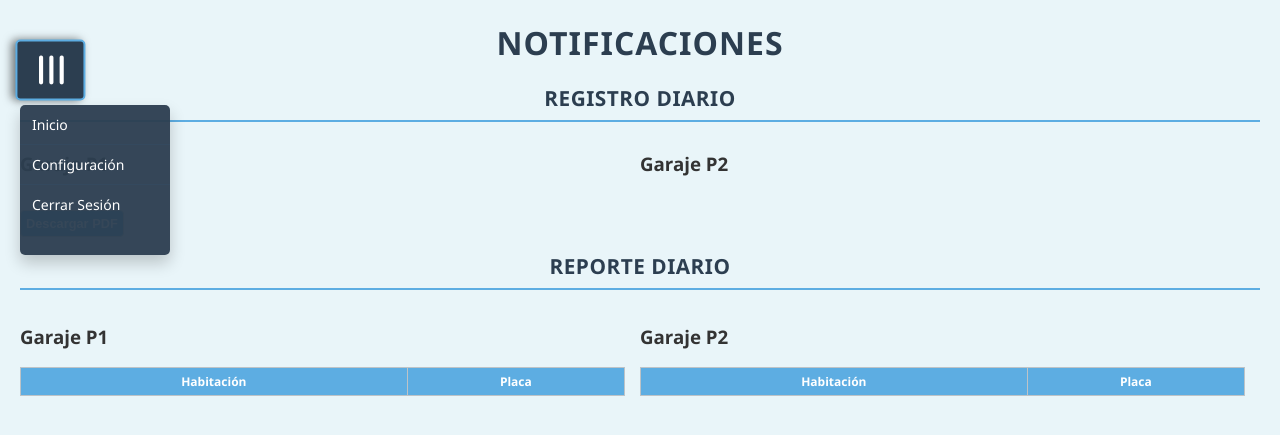
Repository: EddyWebz/base-datos
Page: privado/report.html
The author's editor kept a copy of each file at every save. The page is drawn from the files as they stood at one save, then again after the next save.
The browser window is 1280 px wide. The pictures show the whole page.
After loading, the first visible `button.menu-icon` was clicked once.
The page's requests for data from a server got no answer.

Above is the page before, as saved 2024-08-29 17:04:35.

### privado/report.html
<!DOCTYPE html>
<html lang="es">
<head>
    <meta charset="UTF-8">
    <meta name="viewport" content="width=device-width, initial-scale=1, maximum-scale=1, user-scalable=no"> <!-- Desactiva el zoom -->
    <title>Notificaciones y Reportes de Vehículos</title>
    <!-- Vinculación al archivo CSS de notificaciones -->
    <link rel="apple-touch-icon" sizes="180x180" href="/ico.rep/apple-touch-icon.png">
    <link rel="icon" type="image/png" sizes="32x32" href="/ico.rep/favicon-32x32.png">
    <link rel="icon" type="image/png" sizes="16x16" href="/ico.rep/favicon-16x16.png">
    <link rel="manifest" href="/ico.rep/site.webmanifest">
    <link rel="stylesheet" href="/notif.css">
    <!-- Iconos de Font Awesome -->
    <link rel="stylesheet" href="https://cdnjs.cloudflare.com/ajax/libs/font-awesome/6.0.0-beta3/css/all.min.css">
    <script src="https://cdnjs.cloudflare.com/ajax/libs/html2pdf.js/0.9.2/html2pdf.bundle.min.js"></script>
</head>
<body>
    <!-- Menú desplegable -->
    <div class="dropdown-menu">
        <button class="menu-icon">
            <i class="fas fa-bars"></i> <!-- Ícono de Font Awesome -->
        </button>
        <div class="dropdown-content">
            <a href="#" id="home-link">Inicio</a>
            <a href="#" id="home-link">Configuración</a>
            <a href="#" id="logout-button">Cerrar Sesión</a>
        </div>
    </div>

    <!-- Encabezado de la página -->
    <header>
        <h1>Notificaciones</h1>
    </header>

    <!-- Sección de Notificaciones Activas -->
    <section id="notificaciones">
        <h2>Registro Diario</h2>
        <div class="notificaciones-garajes">
            <div class="garaje">
                <h3>Garaje P1</h3>
                <div id="notificaciones-contenedor-P1" class="notificaciones-contenedor">
                    <!-- Las notificaciones dinámicas de P1 se insertarán aquí -->
                </div>
            </div>
            <div class="garaje">
                <h3>Garaje P2</h3>
                <div id="notificaciones-contenedor-P2" class="notificaciones-contenedor">
                    <!-- Las notificaciones dinámicas de P2 se insertarán aquí -->
                </div>
            </div>
        </div>
    </section>

    <!-- Sección de Reportes -->
    <form id="form-reporte">
        <!-- Botón de Imprimir -->
        <button type="button" id="btn-imprimir">Descargar PDF</button>
    </form>
    <h2>Reporte Diario</h2>

    <div class="reportes-garajes" id="Imprimir">
        <div class="garaje">
            <h3>Garaje P1</h3>
            <table id="tabla-reporte-P1" class="compact-table">
                <thead>
                    <tr>
                        <th>Habitación</th>
                        <th>Placa</th>
                    </tr>
                </thead>
                <tbody>
                    <!-- Las filas de datos se insertarán dinámicamente aquí -->
                </tbody>
            </table>
        </div>

        <div class="garaje">
            <h3>Garaje P2</h3>
            <table id="tabla-reporte-P2" class="compact-table">
                <thead>
                    <tr>
                        <th>Habitación</th>
                        <th>Placa</th>
                    </tr>
                </thead>
                <tbody>
                    <!-- Las filas de datos se insertarán dinámicamente aquí -->
                </tbody>
            </table>
        </div>
    </div>

    <!-- Vinculación al archivo JavaScript de notificaciones y reportes -->
    <script src="/report.js"></script>
</body>
</html>

### BASE-2/notif.css
/* Estilos Generales */
body {
    font-family: 'Segoe UI', Tahoma, Geneva, Verdana, sans-serif;
    background-color: #e9f5f9; /* Un fondo azul claro suave */
    color: #333;
    margin: 20px;
    padding: 0;
    box-sizing: border-box;
}

/* Encabezado */
header h1 {
    text-align: center;
    color: #2c3e50;
    font-size: 2em;
    margin-bottom: 20px;
    text-transform: uppercase;
    letter-spacing: 1px;
    animation: fadeIn 1s ease-in-out;
}

/* Estilo unificado para h2 */
h2 {
    color: #2c3e50; /* Un color azul oscuro */
    font-size: 1.3em; /* Tamaño de fuente ajustado */
    font-weight: bold;
    text-align: center; /* Centrar los títulos */
    margin-top: 15px;
    margin-bottom: 15px;
    padding-bottom: 8px;
    border-bottom: 2px solid #5dade2; /* Añadir un borde inferior para separar visualmente */
    letter-spacing: 0.5px;
    text-transform: uppercase; /* Convertir a mayúsculas para consistencia */
    animation: fadeIn 1s ease-in-out;
}

/* Sección de Notificaciones */
#notificaciones h2 {
    margin-bottom: 10px;
    animation: fadeIn 1s ease-in-out;
}

.notificaciones-garajes {
    display: flex;
    justify-content: space-between; /* Permite que los contenedores de garaje ocupen todo el ancho */
}

.garaje {
    flex: 1;
    margin-right: 15px; /* Reducir espacio entre columnas de garajes */
}

.notificaciones-contenedor {
    display: flex;
    flex-direction: column;
    gap: 3px; /* Reducir el espacio entre notificaciones */
    animation: slideInUp 0.5s ease-in-out;
}

.notificacion {
    background-color: #ffffff;
    border-left: 3px solid #5dade2; /* Azul suave para el borde */
    padding: 3px; /* Reducir padding interno */
    box-shadow: 0 2px 4px rgba(0, 0, 0, 0.1);
    border-radius: 4px;
    width: 100%;  /* Ocupa todo el ancho disponible */
    transition: transform 0.3s ease, box-shadow 0.3s ease;
    cursor: pointer;
    font-size: 0.9em; /* Reducir tamaño de la fuente */
}

.notificacion:hover {
    transform: translateY(-2px);
    box-shadow: 0 4px 6px rgba(0, 0, 0, 0.15);
}

/* Botón Descargar PDF */
button {
    padding: 8px 16px; /* Reducir tamaño del botón */
    background-color: #3498db;
    border: none;
    border-radius: 5px;
    color: white;
    font-weight: bold;
    cursor: pointer;
    transition: background-color 0.3s ease;
    margin-top: 15px; /* Agregar margen superior para separarlo del contenido */
}

button:hover {
    background-color: #2980b9;
}

/* Sección de Reportes */
#reportes h2 {
    margin-bottom: 10px;
    animation: fadeIn 1s ease-in-out;
}

#form-reporte {
    display: flex;
    flex-wrap: wrap;
    gap: 10px;
    margin-bottom: 10px;
}

#form-reporte input, #form-reporte button {
    padding: 5px;
    border-radius: 4px;
    border: 1px solid #bdc3c7;
    font-size: 0.8em;
}

#form-reporte button {
    background-color: #3498db; /* Azul suave para el botón */
    color: #ffffff;
    cursor: pointer;
    transition: background-color 0.3s ease, transform 0.3s ease;
}

#form-reporte button:hover {
    background-color: #2980b9; /* Azul más oscuro al pasar el ratón */
    transform: translateY(-2px);
}

/* Tablas de Reportes */
.reportes-garajes {
    display: flex;
    justify-content: space-between; /* Permite que las tablas de garaje ocupen todo el ancho */
}

.compact-table {
    width: 100%;
    border-collapse: collapse;
    margin-bottom: 15px; /* Reducir espacio inferior */
    font-size: 0.75em; /* Reducir tamaño de la fuente */
}

.compact-table th, .compact-table td {
    border: 1px solid #bdc3c7;
    padding: 5px; /* Reducir padding */
    text-align: center;
    background-color: #f2f6f9; /* Azul claro suave */
    color: #2c3e50;
    transition: background-color 0.3s ease;
}

.compact-table th {
    background-color: #5dade2; /* Azul suave para encabezados */
    color: white;
}

.compact-table tr:nth-child(even) {
    background-color: #ecf7fa; /* Azul aún más claro */
}

.compact-table tr:hover {
    background-color: #d0e9f5; /* Color al pasar el ratón */
}

/* Estilo del menú desplegable */
.dropdown-menu {
    position: absolute;
    top: 20px;
    left: 20px;
    z-index: 1000;
}

.menu-icon {
    background-color: #2c3e50;
    color: #ffffff;
    border: 2px solid #5dade2;
    padding: 8px;
    border-radius: 5px;
    cursor: pointer;
    font-size: 18px;
    transition: padding 0.6s cubic-bezier(0.4, 0.0, 0.2, 1),
                font-size 0.6s cubic-bezier(0.4, 0.0, 0.2, 1),
                background-color 0.6s ease,
                transform 0.6s cubic-bezier(0.4, 0.0, 0.2, 1);
    box-shadow: 0 4px 8px rgba(0, 0, 0, 0.5);
    transform: rotate(0deg);
}

/* Aumentar tamaño en pantallas grandes */
@media (min-width: 792px) {
    .menu-icon {
        padding: 14px;
        font-size: 33px;
    }
    .dropdown-content {
        min-width: 240px; /* Aumentar el ancho del menú */
    }

    .dropdown-content a {
        padding: 15px 18px; /* Aumentar padding de los enlaces */
        font-size: 18px; /* Aumentar tamaño de la fuente */
    }
    .dropdown-content.show {
        opacity: 1;
        visibility: visible;
        transform: translateY(0);
        min-width: 150px; /* Aumentar el ancho del menú */
        min-height: 150px;
    }

}

.menu-icon:hover {
    background-color: #34495e;
    transform: scale(1.1);
}

.menu-icon.open {
    transform: rotate(90deg);
    transition: transform 0.6s cubic-bezier(0.4, 0.0, 0.2, 1);
}

/* Estilo del contenido desplegable con animación */
.dropdown-content {
    position: absolute;
    left: 0;
    top: 100%;
    background-color: rgba(44, 62, 80, 0.95);
    min-width: 160px;
    box-shadow: 0px 8px 16px 0px rgba(0,0,0,0.2);
    border-radius: 5px;
    z-index: 1001;
    opacity: 0;
    visibility: hidden;
    transform: translateY(-20px);
    transition: opacity 0.6s cubic-bezier(0.4, 0.0, 0.2, 1),
                transform 0.6s cubic-bezier(0.4, 0.0, 0.2, 1),
                visibility 0.6s;
}

.dropdown-content.show {
    opacity: 1;
    visibility: visible;
    transform: translateY(0);
}

.dropdown-content a {
    color: #ffffff;
    padding: 10px 12px;
    text-decoration: none;
    display: block;
    transition: background-color 0.4s ease;
    border-bottom: 1px solid #34495e;
    font-size: 14px;
}

.dropdown-content a:last-child {
    border-bottom: none;
}

.dropdown-content a:hover {
    background-color: #5dade2;
}

/* Animaciones */
@keyframes fadeIn {
    0% { opacity: 0; }
    100% { opacity: 1; }
}

@keyframes slideInUp {
    0% {
        transform: translateY(30px);
        opacity: 0;
    }
    100% {
        transform: translateY(0);
        opacity: 1;
    }
}

/* Estilos específicos para impresión */
@media print {
    body {
        background-color: white; /* Asegura un fondo blanco para la impresión */
        color: black; /* Asegura que el texto sea negro */
    }

    #reportes h2, #reportes h3 {
        color: black; /* Asegura que los títulos sean visibles */
    }

    #reportes table {
        width: 100%;
        border-collapse: collapse;
    }

    /* Reducir tamaño de fuente y padding en celdas */
    #reportes th, #reportes td {
        border: 1px solid #000;
        padding: 0px;
        text-align: center;
        height: 6px;
        font-size: 10px;
        background-color: white;
        color: black;
    }

    #reportes th {
        background-color: #ddd;
        color: black;
    }

    #reportes td {
        color: black;
    }

    /* Ocultar elementos no necesarios en la impresión */
    button, #form-reporte {
        display: none;
    }

    /* Ajuste para impresión en una sola página */
    #reportes {
        page-break-before: always;
    }
}

### BASE-2/report.js
document.addEventListener('DOMContentLoaded', () => {
    actualizarNotificaciones();
    generarReporteAutomatico(); // Generar el reporte automáticamente al cargar la página

    // Configurar auto-actualización cada 5 minutos para notificaciones y reporte
    setInterval(actualizarNotificaciones,  1 * 60 * 60 * 1000);
    setInterval(generarReporteAutomatico,  1 * 60 * 60 * 1000);

    // Configurar botón de impresión/descarga
    document.getElementById('btn-imprimir').addEventListener('click', imprimirReporte);

    // Redirección al hacer clic en el enlace "Inicio"
    const homeLink = document.getElementById('home-link');
    homeLink.addEventListener('click', () => {
        window.location.href = '/privado/cuerpo.html';
    });

    // Lógica para cerrar sesión
    const logoutButton = document.getElementById('logout-button');
    logoutButton.addEventListener('click', async () => {
        const response = await fetch('/logout', {
            method: 'POST',
            headers: {
                'Content-Type': 'application/json'
            }
        });

        if (response.ok) {
            window.location.href = '/login'; // Redirigir a la página de inicio de sesión después de cerrar sesión
        } else {
            alert('Error al cerrar sesión. Inténtalo de nuevo.');
        }
    });

    // ---- FUNCIONES DE INTERACCIÓN PARA EL MENÚ ----
    const menuIcon = document.querySelector('.menu-icon');
    const dropdownContent = document.querySelector('.dropdown-content');

    menuIcon.addEventListener('click', () => {
        dropdownContent.classList.toggle('show');
        menuIcon.classList.toggle('open');
    });

    window.addEventListener('click', (e) => {
        if (!menuIcon.contains(e.target) && !dropdownContent.contains(e.target)) {
            dropdownContent.classList.remove('show');
            menuIcon.classList.remove('open');
        }
    });
});

// Resto del código...

// Función para obtener y actualizar las notificaciones activas
function actualizarNotificaciones() {
    fetch('/api/notas/notificaciones')
        .then(response => response.json())
        .then(data => {
            console.log('Notificaciones recibidas:', data); // Para depuración

            const contenedorP1 = document.getElementById('notificaciones-contenedor-P1');
            const contenedorP2 = document.getElementById('notificaciones-contenedor-P2');
            contenedorP1.innerHTML = ''; // Limpiar contenido previo
            contenedorP2.innerHTML = ''; // Limpiar contenido previo

            data.P1.forEach(notificacion => {
                const div = document.createElement('div');
                div.classList.add('notificacion');
                div.innerHTML = `<p><strong>Habitación:</strong> ${notificacion.habitacion} <strong>Placa:</strong> ${notificacion.plate}</p>`;
                contenedorP1.appendChild(div);
            });

            data.P2.forEach(notificacion => {
                const div = document.createElement('div');
                div.classList.add('notificacion');
                div.innerHTML = `<p><strong>Habitación:</strong> ${notificacion.habitacion} <strong>Placa:</strong> ${notificacion.plate}</p>`;
                contenedorP2.appendChild(div);
            });
        })
        .catch(error => console.error('Error al obtener notificaciones:', error));
}

// Función para generar y actualizar el reporte automático de vehículos en garaje
function generarReporteAutomatico() {
    fetch('/api/notas/reportes')
        .then(response => response.json())
        .then(data => {
            console.log('Datos del reporte recibidos:', data); // Para depuración

            const tbodyP1 = document.getElementById('tabla-reporte-P1').querySelector('tbody');
            const tbodyP2 = document.getElementById('tabla-reporte-P2').querySelector('tbody');
            tbodyP1.innerHTML = ''; // Limpiar contenido previo
            tbodyP2.innerHTML = ''; // Limpiar contenido previo

            data.P1.forEach(registro => {
                const tr = document.createElement('tr');
                tr.innerHTML = `<td>${registro.habitacion}</td><td>${registro.plate}</td>`;
                tbodyP1.appendChild(tr);
            });

            data.P2.forEach(registro => {
                const tr = document.createElement('tr');
                tr.innerHTML = `<td>${registro.habitacion}</td><td>${registro.plate}</td>`;
                tbodyP2.appendChild(tr);
            });
        })
        .catch(error => console.error('Error al generar el reporte:', error));
}

// Función para imprimir o descargar el reporte como PDF
function imprimirReporte() {
    // Verificar si la página ya ha sido recargada
    if (!window.location.hash) {
        window.location = window.location + '#imprimir';
        window.location.reload();
    } else {
        // Si ya ha sido recargada, procede a imprimir solo la parte del reporte
        const printContents = document.getElementById('Imprimir').innerHTML;
        const originalContents = document.body.innerHTML;

        document.body.innerHTML = printContents;
        window.print();
        document.body.innerHTML = originalContents;

        // Esto es para evitar que la URL tenga el hash #imprimir
        window.history.replaceState('', document.title, window.location.pathname);
    }
}

// Refrescar la página después de cerrar el cuadro de diálogo de impresión
window.addEventListener('afterprint', function() {
    window.location.reload();
});

After the next save:
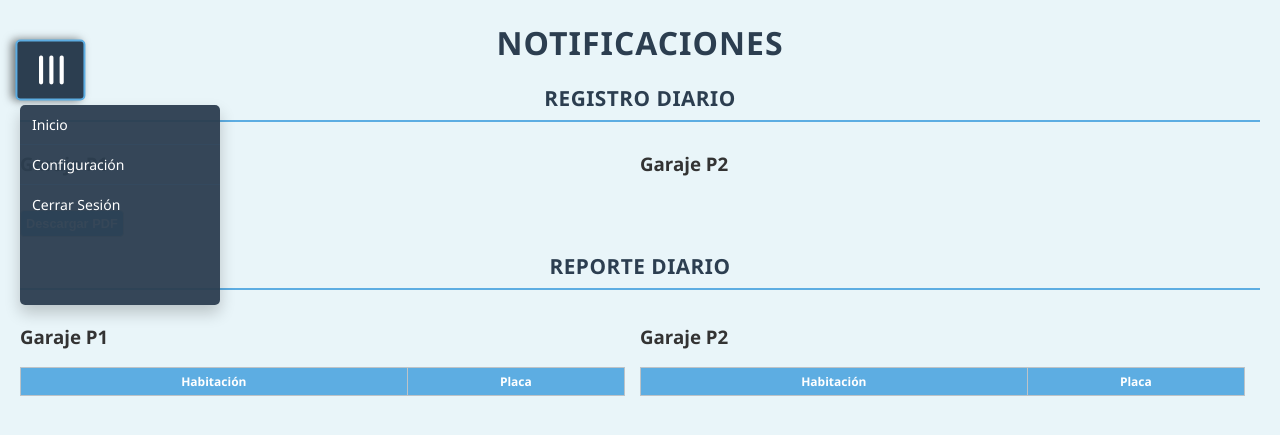
Saved 2 min 12 s later.
--- a/BASE-2/notif.css
+++ b/BASE-2/notif.css
@@ -200,8 +200,8 @@ button:hover {
         opacity: 1;
         visibility: visible;
         transform: translateY(0);
-        min-width: 150px; /* Aumentar el ancho del menú */
-        min-height: 150px;
+        min-width: 200px; /* Aumentar el ancho del menú */
+        min-height: 200px;
     }
 
 }
